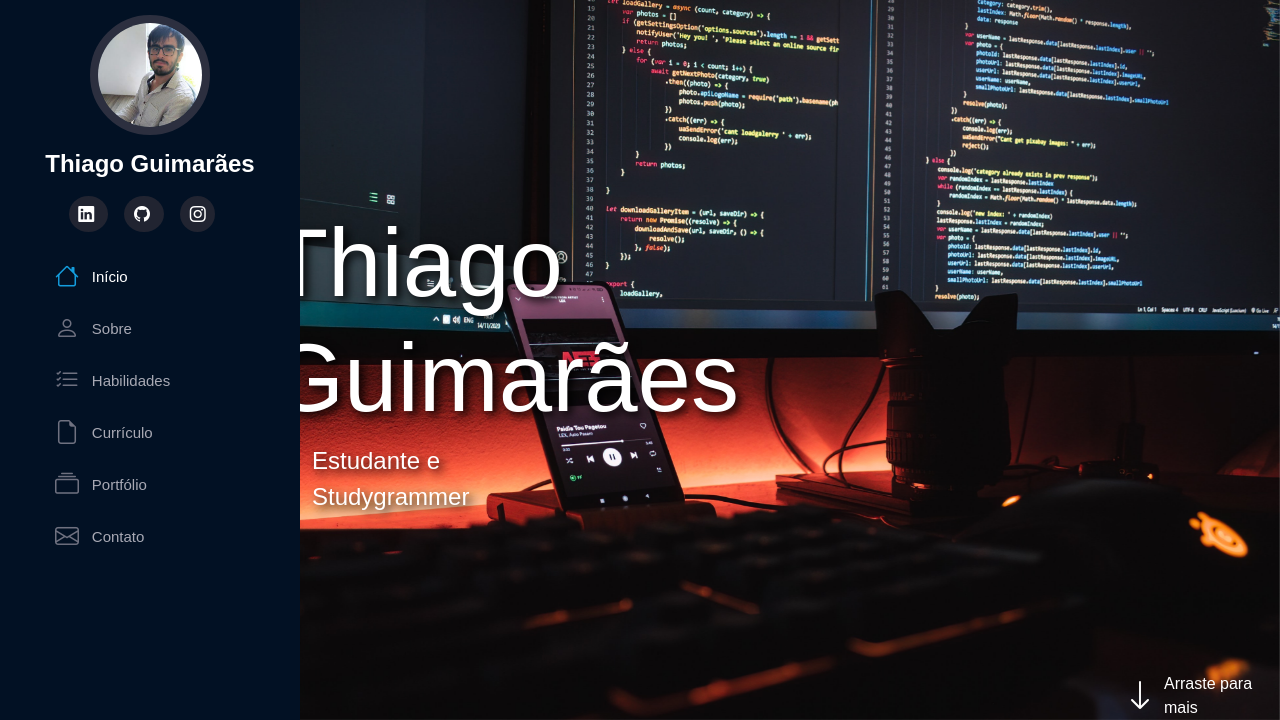
Repository: Rayago/projeto-portfolio
Page: http://localhost/
These files come from the project's save history. The page is drawn as it stood at one moment and after the next save; the edit follows.
The browser window is 1280 px wide. The pictures show the whole page.
Backgrounds fixed to the window are drawn as part of the page. Some web fonts or font styles are not loaded; a fallback is used. The page is served by the project's application, run on Flask 3 (app.py).

Above is the page before, as saved 2022-07-12 17:34:01.

After the next save:
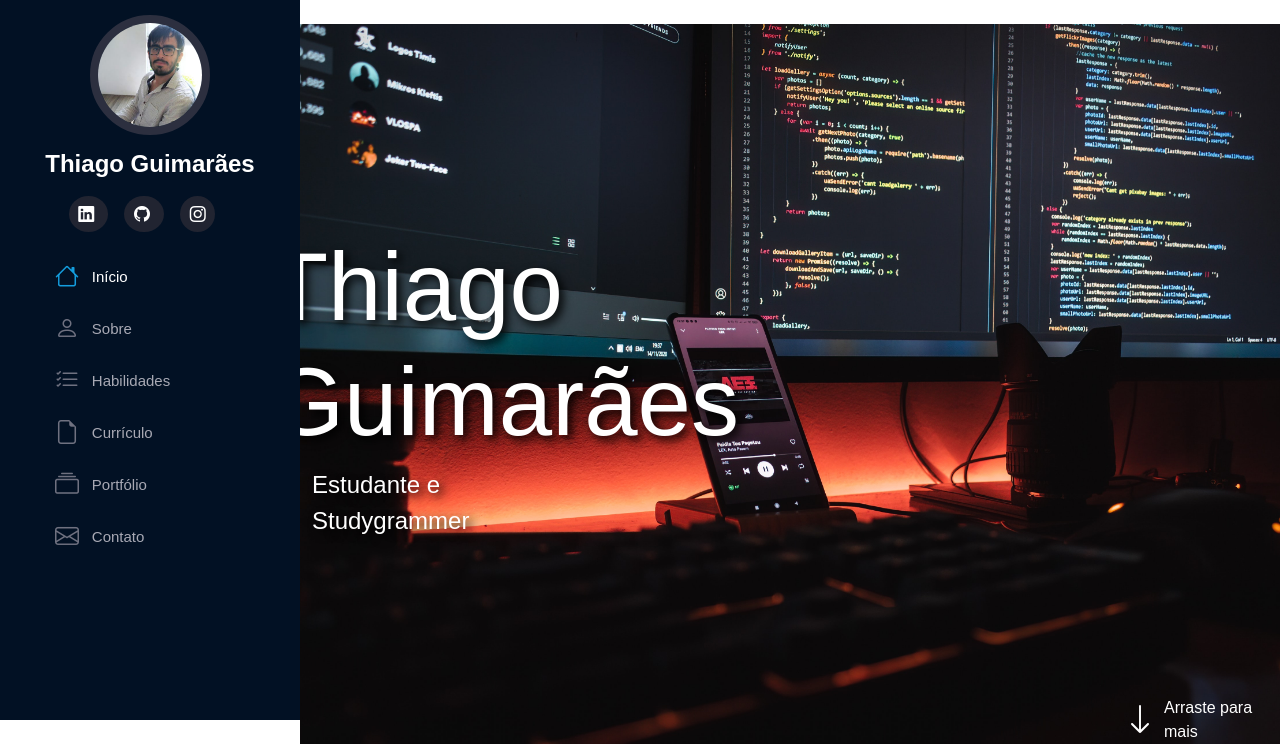
Saved 16 min 6 s later.
--- a/templates/index.html
+++ b/templates/index.html
@@ -11,6 +11,8 @@
     <title>Thiago Guimarães</title>
 </head>
 <body>
+
+    <i class="bi bi-list menu-mobile"></i>
 
     <aside id="header">
         <section class="profile">

After the save that followed:
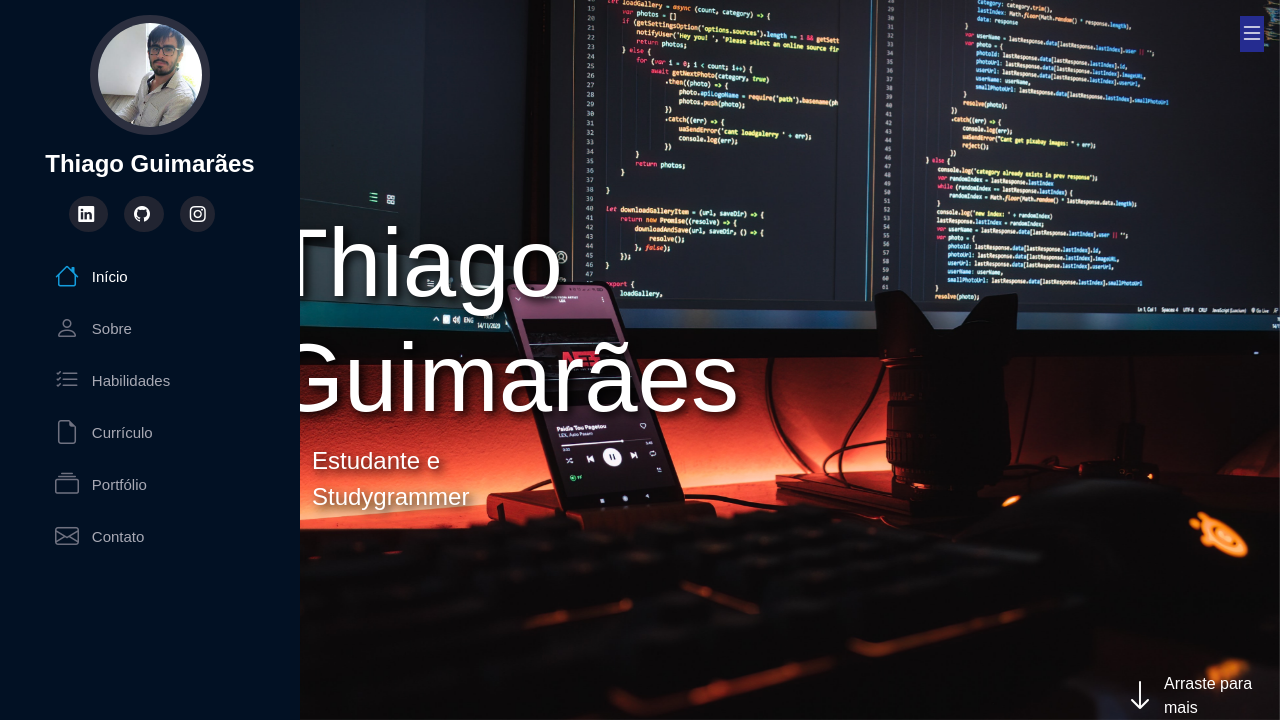
Saved 94 s later.
--- a/static/style.css
+++ b/static/style.css
@@ -123,3 +123,12 @@ section#inicio div#arraste a {
     text-decoration: none;
     color: #fff;
 }
+
+i.menu-mobile {
+    position: fixed;
+    color: #fff;
+    background-color: #252c90;
+    right: 1rem;
+    top: 1rem;
+    font-size: 1.5rem;
+}
